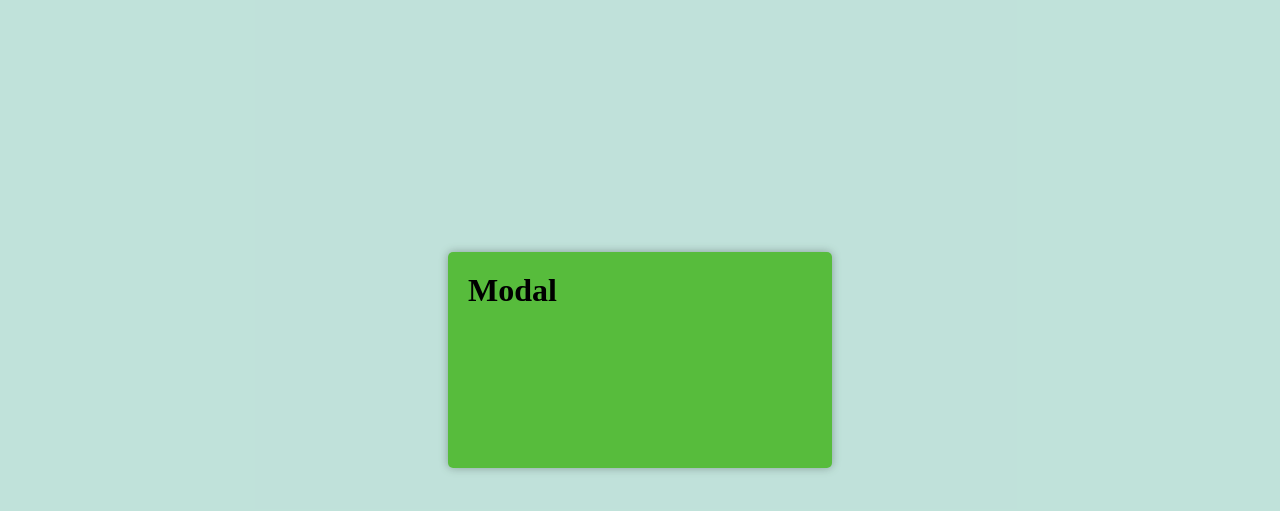
Repository: Soab42/portfolio
Page: /modal
An editor plug-in stored every save of this project. The page is shown before and after the next save, followed by the edit.
The browser window is 1280 px wide. The pictures show the whole page.
The project was rebuilt for these pictures with package versions that can differ from the ones it lists, and the page was loaded fresh each time. The framework's server and built-in components were replaced by stand-ins that run in the browser. Also part of the build but not shown: next.config.js.

Above is the page before, as saved 2023-10-09 15:25:18.

After the next save:
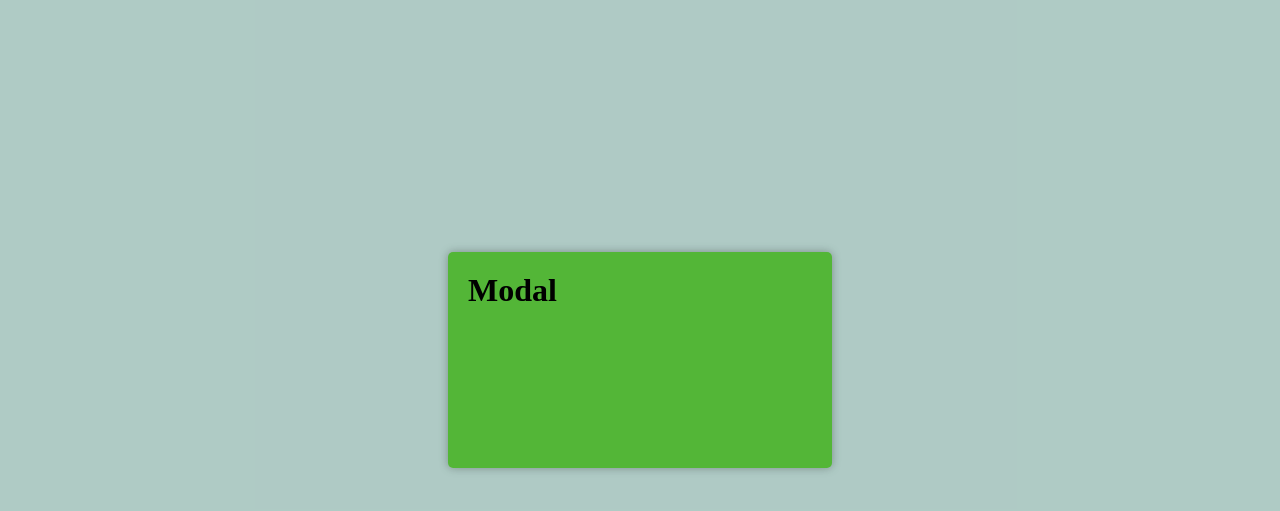
Saved 13 s later.
--- a/app/globals.css
+++ b/app/globals.css
@@ -111,7 +111,7 @@ a {
   display: flex;
   justify-content: center;
   align-items: center;
-  background: #a9e8d87c;
+  background: #86baad7c;
   position: fixed;
   top: 0;
   bottom: 0;
